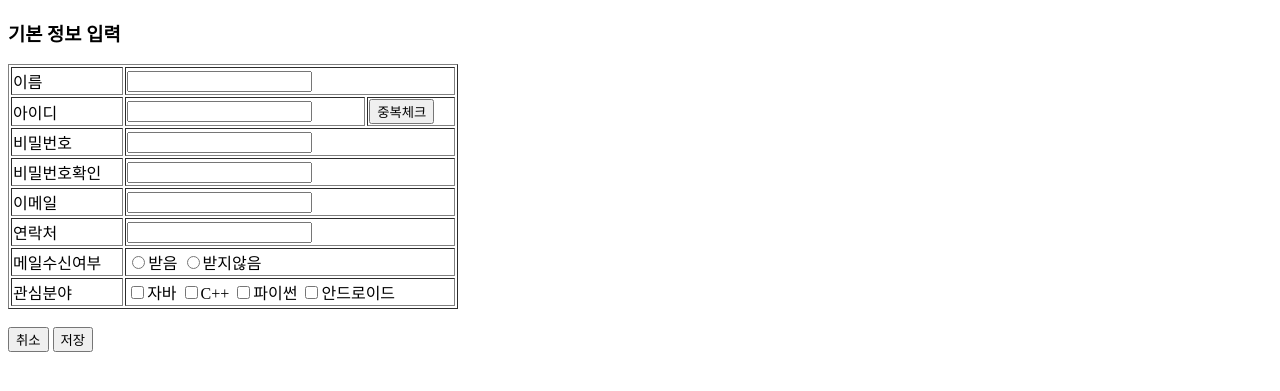
Repository: angelSuho/KCC_Learning_Repo
Page: Html/WebContent/mission03.html
An editor plug-in stored every save of this project. The page is shown before and after the next save, followed by the edit.
The browser window is 1280 px wide. The pictures show the whole page.

Above is the page before, as saved 2024-07-08 06:26:23.

### Html/WebContent/mission03.html
<!DOCTYPE html>
<html>
<head>
<meta charset="UTF-8">
<title>Insert title here</title>
</head>
<body>
	<h3>기본 정보 입력</h3>
	<table width="450" border="1">
		<tbody>
			<tr>
				<td>이름</td>
				<td colspan="4">
					<input type="text" name="userName" id="name">
				</td>
			</tr>
			<tr>
				<td>아이디</td>
				<td>
					<input type="text" name="userId" id="id">
				</td>
				<td colspan="3"><button>중복체크</button></td>
			</tr>
			<tr>
				<td>비밀번호</td>
				<td colspan="4">
					<input type="password" name="userPass">
				</td>
			</tr>
			<tr>
				<td>비밀번호확인</td>
				<td colspan="4">
					<input type="password" name="userPass">
				</td>
			</tr>
			<tr>
				<td>이메일</td>
				<td colspan="4">
					<input type="email" name="userPass">
				</td>
			</tr>
			<tr>
				<td>연락처</td>
				<td colspan="4">
					<input type="text" name="userPass">
				</td>
			</tr>
			<tr>
				<td>메일수신여부</td>
				<td colspan="4"><input type="radio" name="chk_yes" value="받음">받음
				<input type="radio" name="chk_no" value="받지않음">받지않음</td>
			</tr>
			<tr>
				<td>관심분야</td>
				<td colspan="4"><input type="checkbox" name="chk_info" value="자바">자바
				<input type="checkbox" name="chk_info" value="C++">C++
				<input type="checkbox" name="chk_info" value="파이썬">파이썬
				<input type="checkbox" name="chk_info" value="안드로이드">안드로이드</td>
			</tr>
		</tbody>
	</table>
	<br/>

	<button>취소</button>
	<button>저장</button>

</body>
</html>

After the next save:
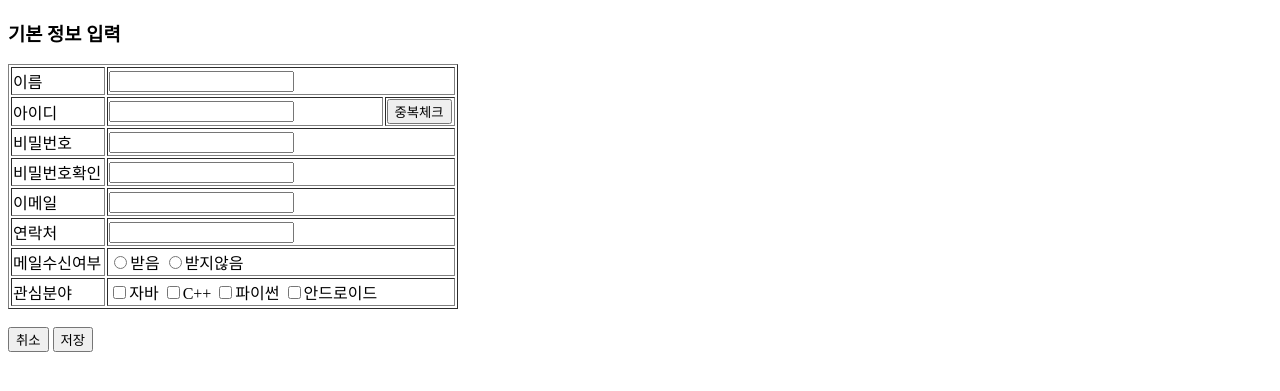
Saved 12 s later.
--- a/Html/WebContent/mission03.html
+++ b/Html/WebContent/mission03.html
@@ -19,7 +19,7 @@
 				<td>
 					<input type="text" name="userId" id="id">
 				</td>
-				<td colspan="3"><button>중복체크</button></td>
+				<td colspan="4"><button>중복체크</button></td>
 			</tr>
 			<tr>
 				<td>비밀번호</td>

After the save that followed:
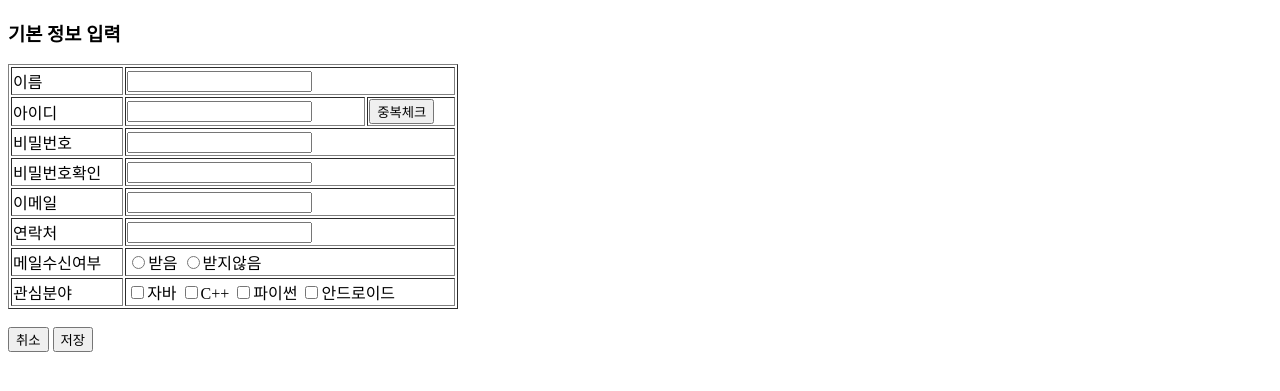
Saved 14 s later.
--- a/Html/WebContent/mission03.html
+++ b/Html/WebContent/mission03.html
@@ -19,7 +19,7 @@
 				<td>
 					<input type="text" name="userId" id="id">
 				</td>
-				<td colspan="4"><button>중복체크</button></td>
+				<td colspan="2"><button>중복체크</button></td>
 			</tr>
 			<tr>
 				<td>비밀번호</td>
